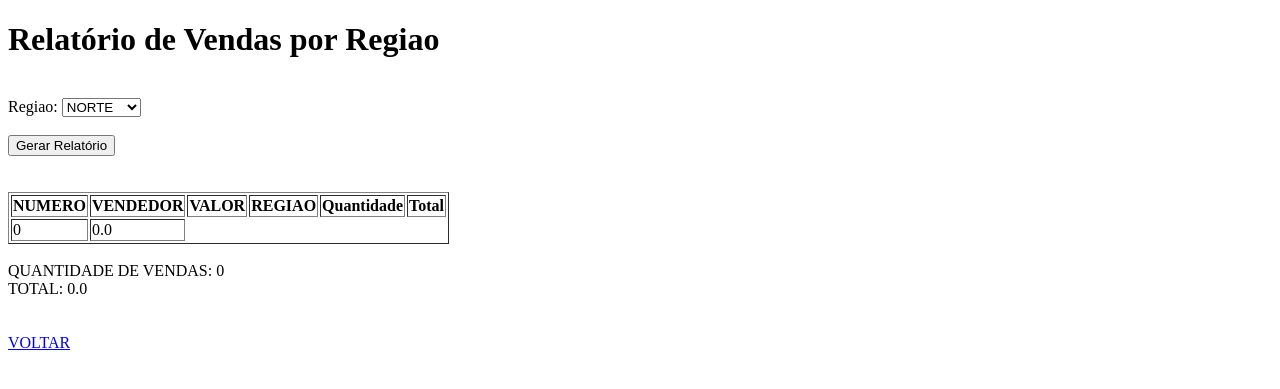
Repository: gabriellacrystina/workspaceWeb
Page: http://localhost/PrjVendas/RelatorioVendasRegiao.jsp
An editor plug-in stored every save of this project. The page is shown before and after the next save, followed by the edit.
The browser window is 1280 px wide. The pictures show the whole page.
The page is served by Tomcat 9.

Above is the page before, as saved 2015-09-23 19:30:32.

After the next save:
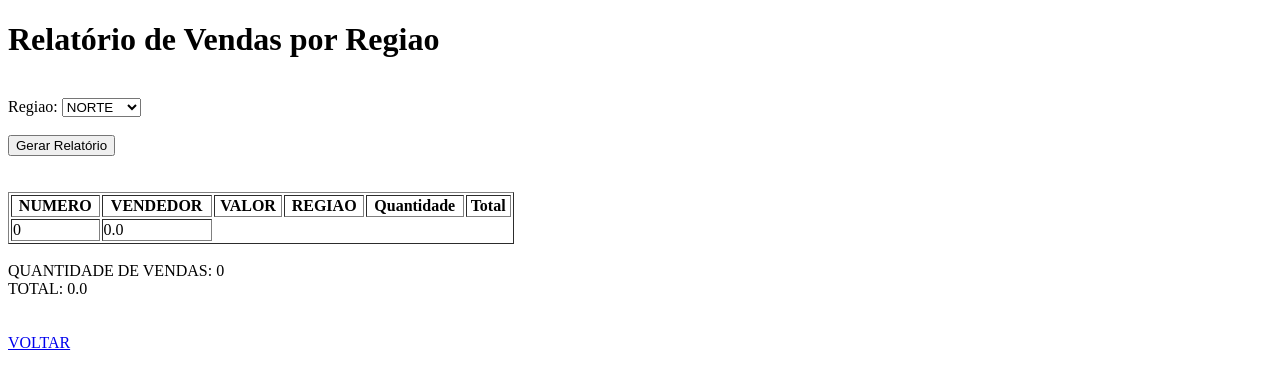
Saved 14 s later.
--- a/PrjVendas/WebContent/RelatorioVendasRegiao.jsp
+++ b/PrjVendas/WebContent/RelatorioVendasRegiao.jsp
@@ -32,7 +32,7 @@
 			double total = 0;
 		%>
 
-		<table border="1" style="width:30%">
+		<table border="1" style="width:40%">
 			<thead>
 				<tr>
 					<th>NUMERO</th>
